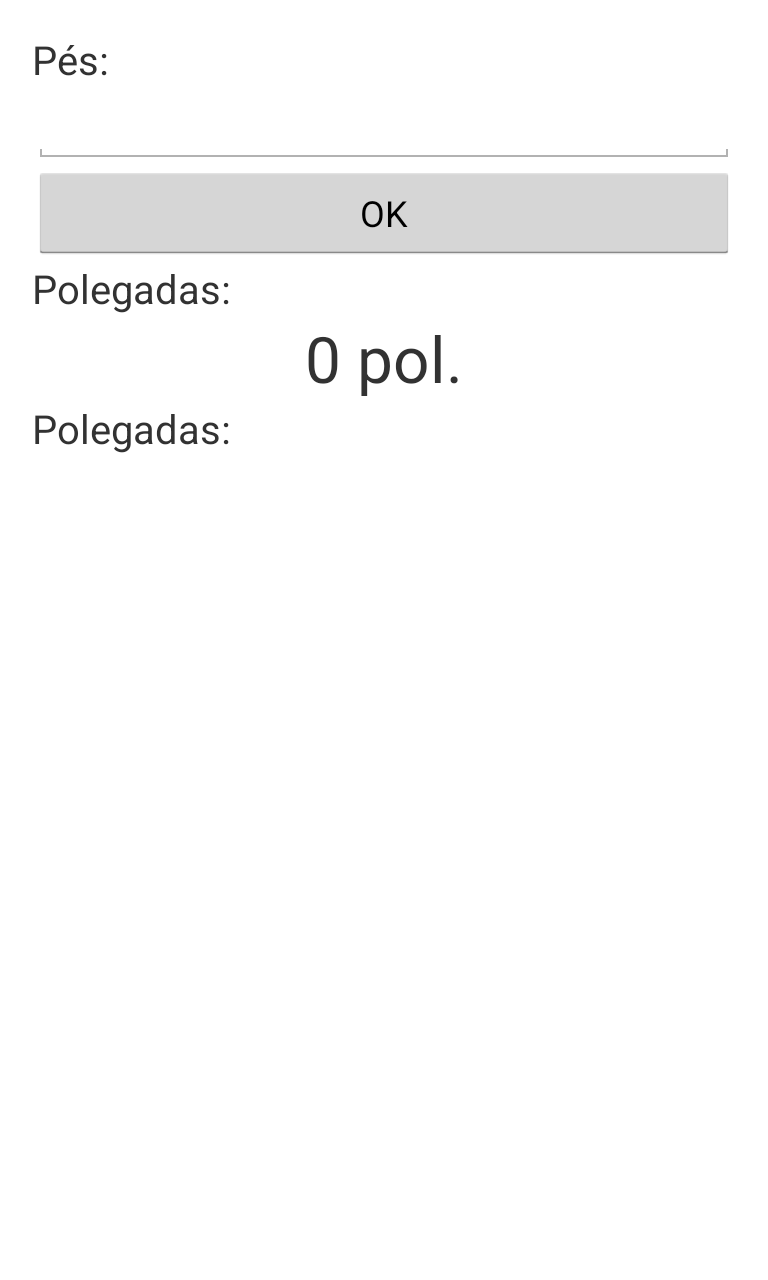
Repository: erickluz/Android
Layout: ConversaoDistancia/res/layout/activity_main.xml
The author's editor kept a copy of each file at every save. The layout is drawn from the files as they stood at one save, then again after the next save.
It is drawn on a 768 x 1280 px phone screen (xhdpi) without system bars, with theme AppTheme; the app's code is not run.

Above is the layout before, as saved 2016-03-15 00:46:10.

After the next save:
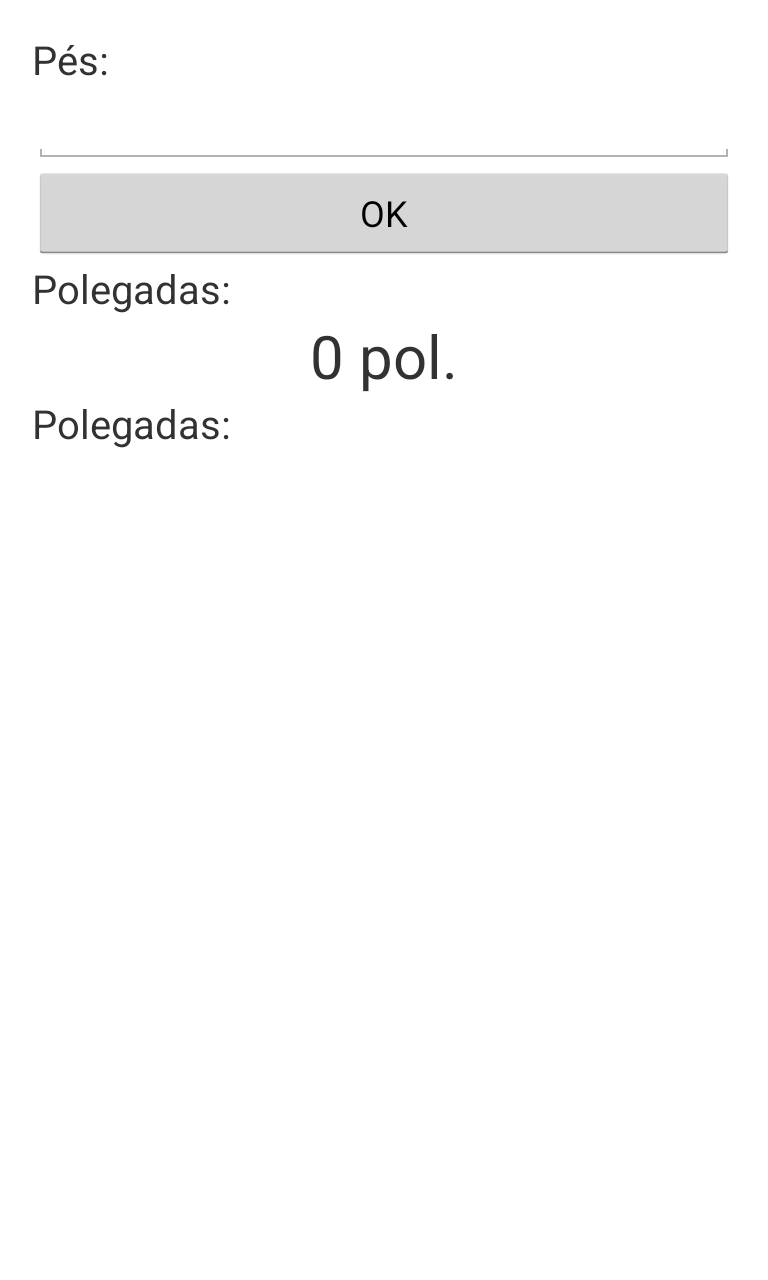
Saved 10 s later.
--- a/ConversaoDistancia/res/layout/activity_main.xml
+++ b/ConversaoDistancia/res/layout/activity_main.xml
@@ -40,7 +40,7 @@
         android:layout_width="fill_parent"
         android:layout_height="wrap_content"
         android:gravity="center"
-        android:textSize="32sp"
+        android:textSize="30sp"
         android:text="@string/pol"/>
 
      <TextView
